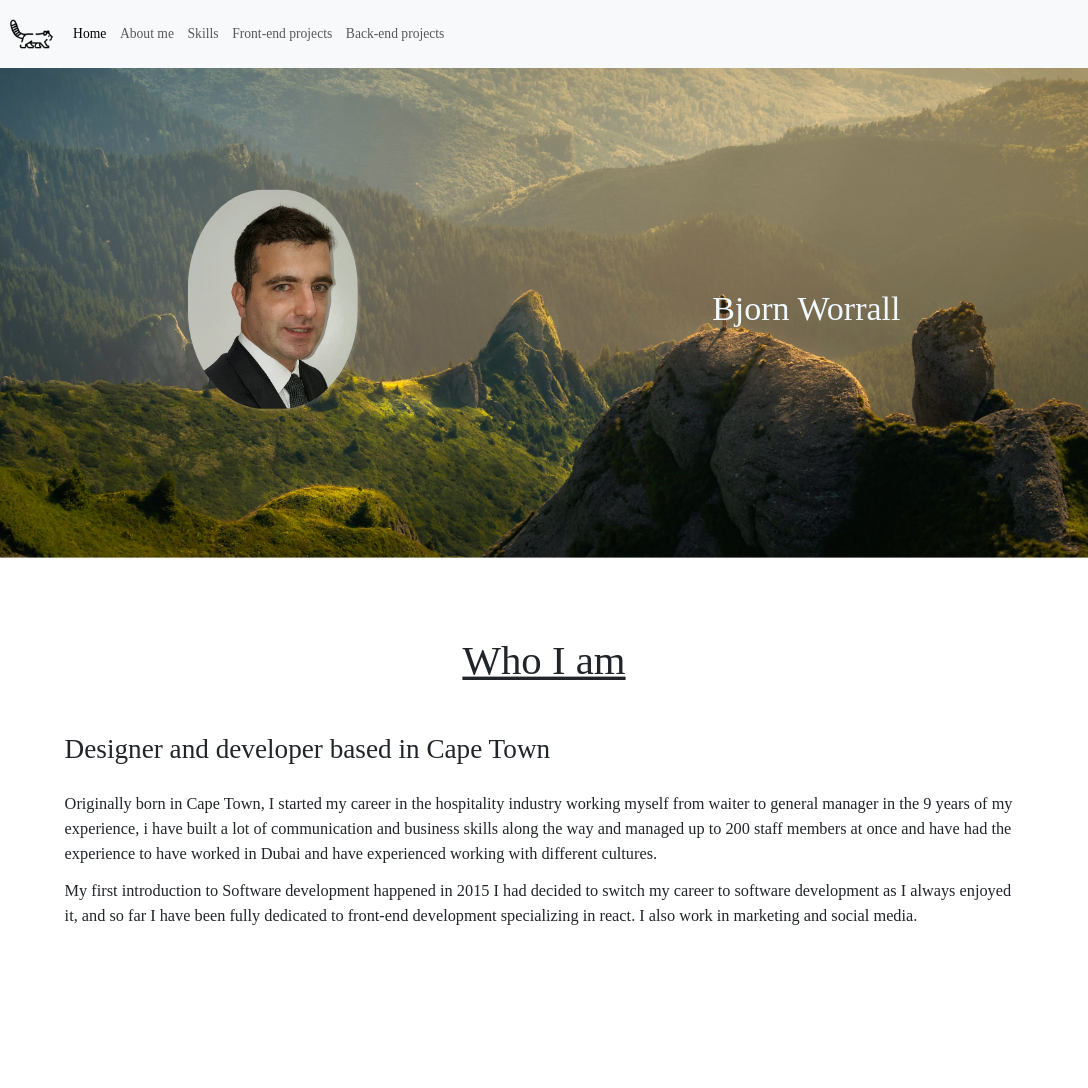
Repository: lasity34/portfolio
Page: index.html
These files come from the project's save history. The page is drawn as it stood at one moment and after the next save; the edit follows.
The browser window is 1280 px wide. The pictures show the whole page, at 85% of full size.
Backgrounds fixed to the window are drawn as part of the page. Some web fonts or font styles are not loaded; a fallback is used.

Above is the page before, as saved 2023-03-14 09:04:10.

After the next save:
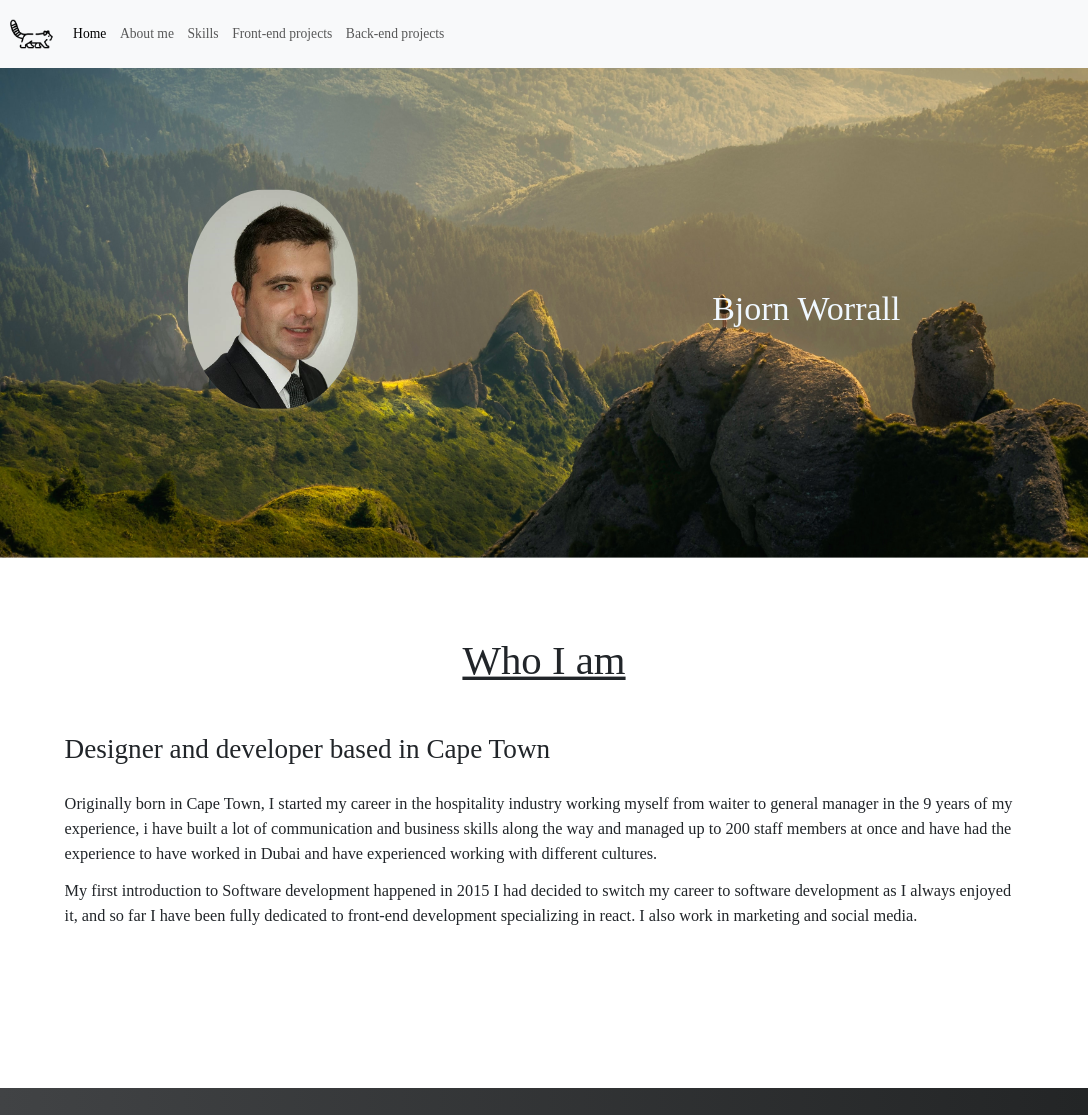
Saved 29 s later.
--- a/styles.css
+++ b/styles.css
@@ -116,7 +116,8 @@ body, html {
 background: -webkit-linear-gradient(to right, #414345, #232526);  /* Chrome 10-25, Safari 5.1-6 */
 background: linear-gradient(to right, #414345, #232526); /* W3C, IE 10+/ Edge, Firefox 16+, Chrome 26+, Opera 12+, Safari 7+ */
 margin-top: 10em;
-
+    color: aliceblue;
+    padding: 1em;
 }
 
 #skills h1 {
